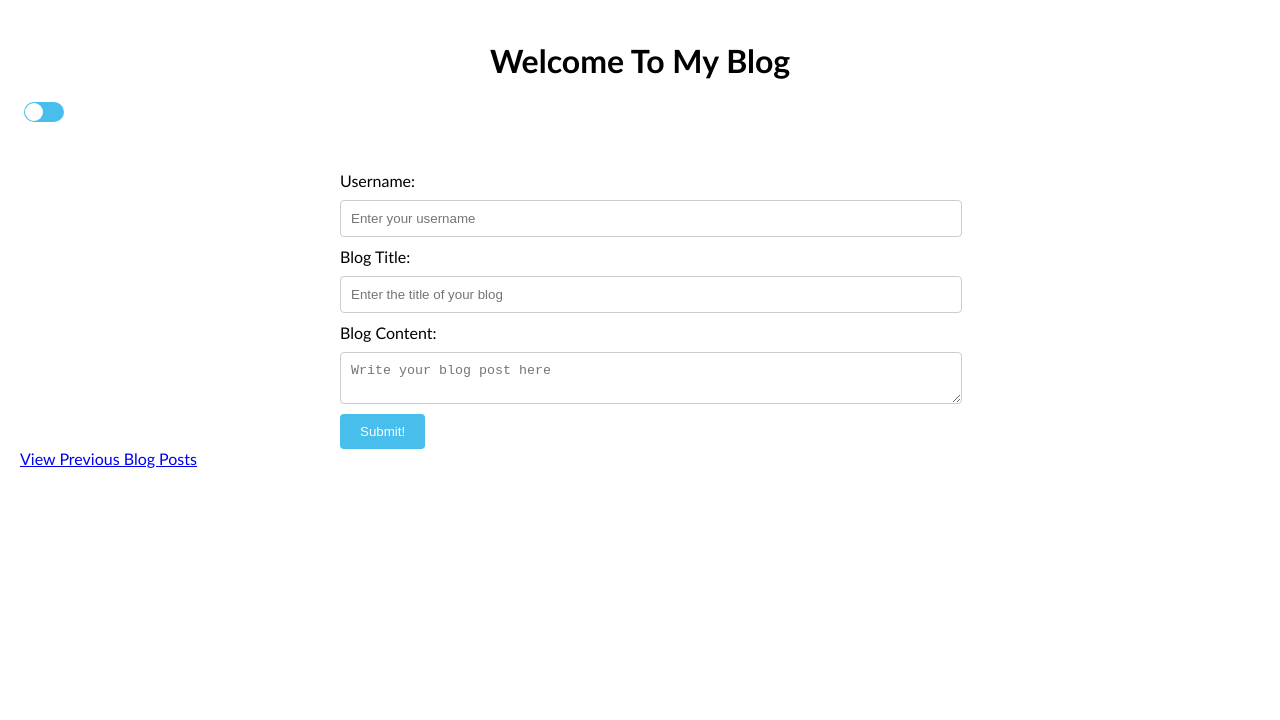
Repository: PaigeC001/WeatherOutlookTracker
Page: Challenge-4/index.html
These files come from the project's save history. The page is drawn as it stood at one moment and after the next save; the edit follows.
The browser window is 1280 px wide. The pictures show the whole page.

Above is the page before, as saved 2024-06-25 23:19:33.
Console error: TypeError: Cannot read properties of null (reading 'addEventListener')

### Challenge-4/index.html
<!DOCTYPE html>
<html>
<head>
  <title>Blog Form</title>
  <link rel="stylesheet" type="text/css" href="styles.css">
</head>
<body>
  <h1>Welcome To My Blog</h1>
  <div class="toggle-container">
    <input type="checkbox" id="toggle">
    <label for="toggle"></label>
  </div>
  <form>

    <label for="username">Username:</label>
    <input type="text" id="username" placeholder="Enter your username" required>

    <label for="title">Blog Title:</label>
    <input type="text" id="title" placeholder="Enter the title of your blog" required>

    <label for="content">Blog Content:</label>
    <textarea id="content" placeholder="Write your blog post here" required></textarea>

    <button type="submit">Submit!</button>
  </form>

  <script>
    // Add a new blog post and redirect to the second HTML page
    function addBlogPostAndRedirect(username, title, content) {
      // Add the blog post using the existing addBlogPost function
      addBlogPost(username, title, content);

      window.location.href = "blog.html";
    }

    // Update the form's submit event listener
    var form = document.getElementById('blogPostForm');

    form.addEventListener('submit', function(event) {
      event.preventDefault(); // prevent the form from submitting normally

      var username = document.getElementById('username').value;
      var title = document.getElementById('blogTitle').value;
      var content = document.getElementById('blogContent').value;

      addBlogPostAndRedirect(username, title, content);
    });
  </script>

<a href="blog.html">View Previous Blog Posts</a>

  <script src="script.js"></script>
</body>
</html>

### Challenge-4/styles.css
body {
  font-family: 'Trebuchet MS', 'Lucida Sans Unicode', 'Lucida Grande', 'Lucida Sans', Arial, sans-serif;
  margin: 0;
  padding: 20px;
}

h1 {
  text-align: center;
}

form {
  max-width: 600px;
  margin: 0 auto;
}

label,
input,
textarea {
  display: block;
  width: 100%;
  margin-bottom: 10px;
}

input[type="text"],
textarea {
  padding: 10px;
  border: 1px solid #ccc;
  border-radius: 4px;
}

button {
  padding: 10px 20px;
  background-color: #47beec;
  color: #fff;
  border: none;
  border-radius: 4px;
  cursor: pointer;
}

button:hover {
  background-color: #192c46;
}

.toggle-container {
    text-align: center;
    margin-bottom: 20px;
  }

  .toggle-container label {
    display: inline-block;
    margin-right: 5px;
  }

  .toggle-container input[type="checkbox"] {
    position: relative;
    width: 40px;
    height: 20px;
    appearance: none;
    -webkit-appearance: none;
    background-color: #47beec;
    outline: none;
    border-radius: 10px;
    cursor: pointer;
  }

  .toggle-container input[type="checkbox"]:before {
    content: '';
    position: absolute;
    top: 1px;
    left: 1px;
    width: 18px;
    height: 18px;
    border-radius: 50%;
    background-color: #fff;
    transition: transform 0.3s ease;
  }

  .toggle-container input[type="checkbox"]:checked:before {
    transform: translateX(20px);
  }

  .dark-mode {
    background-color: #333;
    color: #fff;
  }

  .dark-mode input[type="text"],
  .dark-mode textarea {
    background-color: #555
    color #fff;
  }

#blogPosts {
    max-width: 600px;
    margin: 0 auto;
  }

  #blogPosts div {
    background-color: #eee;
    padding: 20px;
    margin-bottom: 10px;
    border-radius: 4px;
  }

  #blogPosts h3 {
    margin-top: 0;
  }

  #blogPosts p:first-child {
    font-weight: bold;
    margin-bottom: 5px;
  }

  #blogPosts p:last-child {
    margin-bottom: 0;
  }

### Challenge-4/script.js
const form = document.querySelector('form');

form.addEventListener('submit', function(event) {
  event.preventDefault();

  const username = document.getElementById('username').value;
  const title = document.getElementById('title').value;
  const content = document.getElementById('content').value;

  console.log('Username:', username);
  console.log('Title:', title);
  console.log('Content:', content);

const toggle = document.getElementById('toggle');
const body = document.body;

toggle.addEventListener('change', function() {
  body.classList.toggle('dark-mode');
});
});

const toggle = document.getElementById('toggle');
const body = document.body;

toggle.addEventListener('change', function() {
    body.classList.toggle('dark-mode');
});

// Set up local storage
localStorage.setItem('blogPosts', JSON.stringify([]));

// Add a new blog post to the local storage
function addBlogPost(username, title, content) {
  // Retrieve existing blog posts from local storage
  var storedData = localStorage.getItem('blogPosts');
  var blogPostsArray = JSON.parse(storedData);

  // Create a new blog post object
  var newBlogPost = {
    username: username,
    title: title,
    content: content
  };

  // Add the new blog post to the array
  blogPostsArray.push(newBlogPost);

  // Update the local storage with the updated array
  localStorage.setItem('blogPosts', JSON.stringify(blogPostsArray));
}

// Retrieve all blog posts from local storage
function getAllBlogPosts() {
  var storedData = localStorage.getItem('blogPosts');
  return JSON.parse(storedData);
}

// Retrieve a single blog entry by its index
function getBlogPost(index) {
  var blogPostsArray = getAllBlogPosts();
  return blogPostsArray[index];
}

// Example usage
addBlogPost("JohnDoe", "My first blog post", "This is the content of my first blog post");
addBlogPost("JaneSmith", "My second blog post", "This is the content of my second blog post");

console.log(getAllBlogPosts());
console.log(getBlogPost(0));

// Add a new blog post and redirect to the second HTML page
function addBlogPostAndRedirect(username, title, content) {
    // Add the blog post using the existing addBlogPost function
    addBlogPost(username, title, content);

    // Redirect to the second HTML page
    window.location.href = "blog.html";
  }

After the next save:
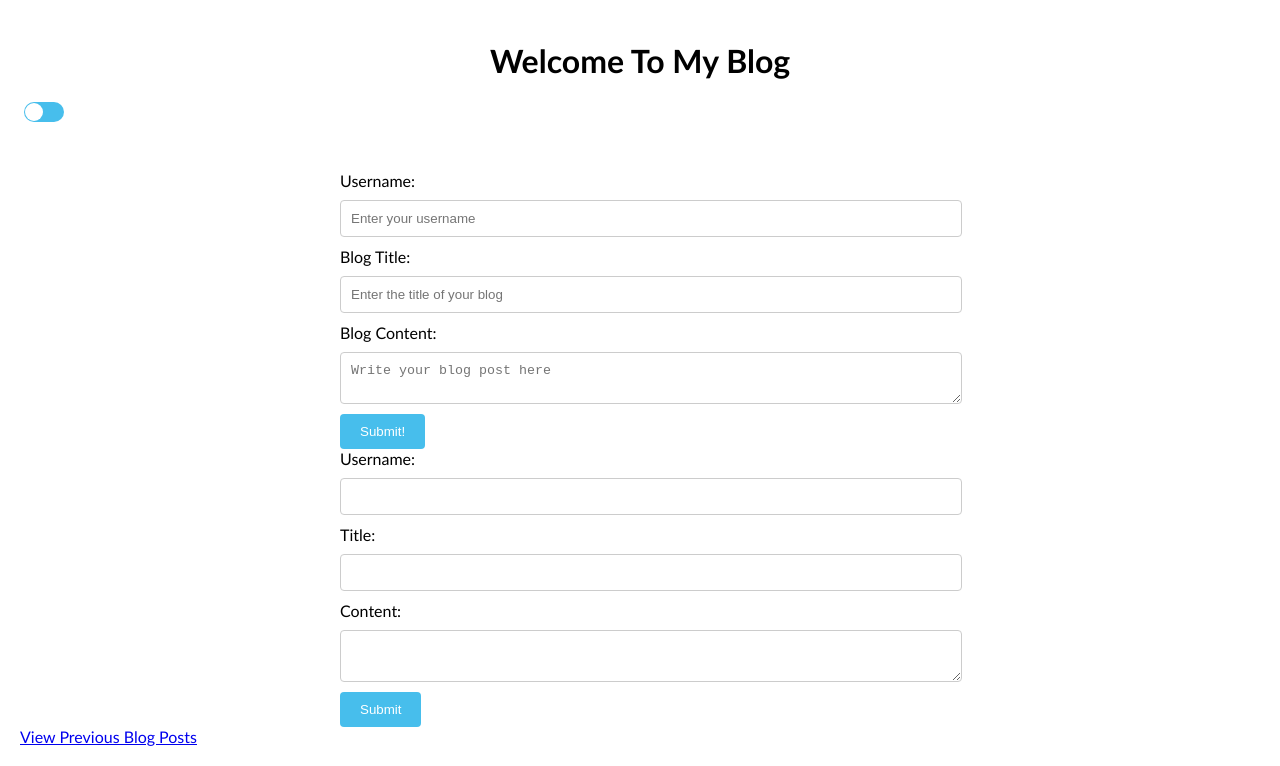
Console error: SyntaxError: Identifier 'form' has already been declared
Saved 11 min 35 s later.
--- a/Challenge-4/index.html
+++ b/Challenge-4/index.html
@@ -23,6 +23,20 @@
 
     <button type="submit">Submit!</button>
   </form>
+
+  <form id="blogPostForm">
+    <!-- form content goes here -->
+    <label for="username">Username:</label>
+    <input type="text" id="username">
+
+    <label for="blogTitle">Title:</label>
+    <input type="text" id="blogTitle">
+
+    <label for="blogContent">Content:</label>
+    <textarea id="blogContent"></textarea>
+
+    <button type="submit">Submit</button>
+</form>
 
   <script>
     // Add a new blog post and redirect to the second HTML page
